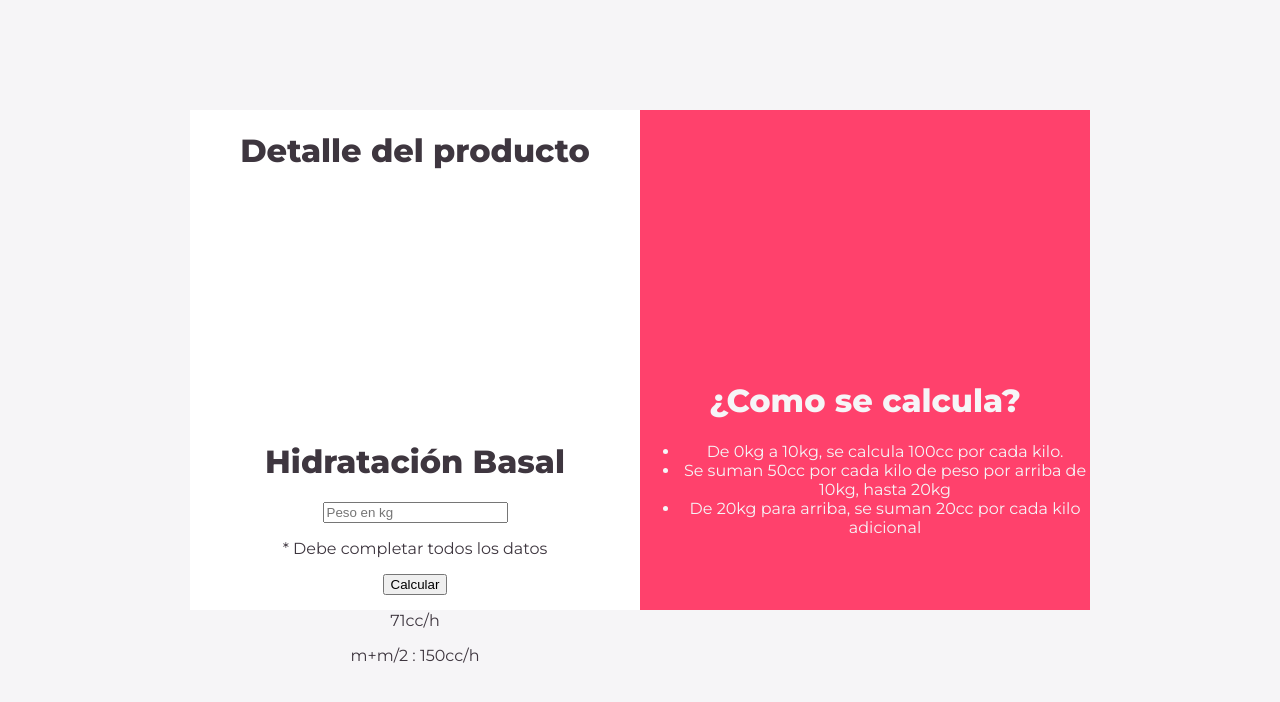
Repository: Fredy452/calculadora_basal
Page: index.html
The author's editor kept a copy of each file at every save. The page is drawn from the files as they stood at one save, then again after the next save.
The browser window is 1280 px wide. The pictures show the whole page.

Above is the page before, as saved 2023-04-21 07:41:50.

### index.html
<!DOCTYPE html>
<html lang="en">
<head>
    <meta charset="UTF-8">
    <meta http-equiv="X-UA-Compatible" content="IE=edge">
    <meta name="viewport" content="width=device-width, initial-scale=1.0">
    <title>Calculadora de hidratación</title>
    <link rel="stylesheet" href="style.css">
</head>
<body>
    <div id="contenedor">
        <div id="calculadora">
            <h1>Detalle del producto</h1>
            <div class="contenido">
                <h1>Hidratación Basal</h1>
                <input type="number" name="peso" id="peso" placeholder="Peso en kg">
                <p>* Debe completar todos los datos</p>
                <button>Calcular</button>
                <p>71cc/h</p>
                <p>m+m/2 : 150cc/h</p>
            </div>
        </div>
        <div id="detalle">
            <div class="contenido">
                <h1>¿Como se calcula?</h1>
                <ul>
                    <li>De 0kg a 10kg, se calcula 100cc por cada kilo.</li>
                    <li>Se suman 50cc por cada kilo de peso por arriba de 10kg, hasta 20kg</li>
                    <li>De 20kg para arriba, se suman 20cc por cada kilo adicional</li>
                </ul>
            </div>
        </div>
    </div>
</body>
</html>

### style.css
@import url('https://fonts.googleapis.com/css?family=Montserrat:400,800');

body{
    font-family: 'Montserrat', sans-serif;
    background: #f6f5f7;
    color: #3E363F;
}
#contenedor{
    width: 900px;
    height: 500px;
    position: absolute;
    text-align: center;
    inset: 0;
    margin: auto;
}
#calculadora{
    background: white;
    width: 50%;
    height: 100%;
    float: left;
}
#detalle{
    background: #FF416C;
    width: 50%;
    height: 100%;
    float: left;
    color: #f6f5f7;
}
.contenido{
    /* Centrando el contenido de los divs */
    position: relative;
    top: 50%;
}

After the next save:
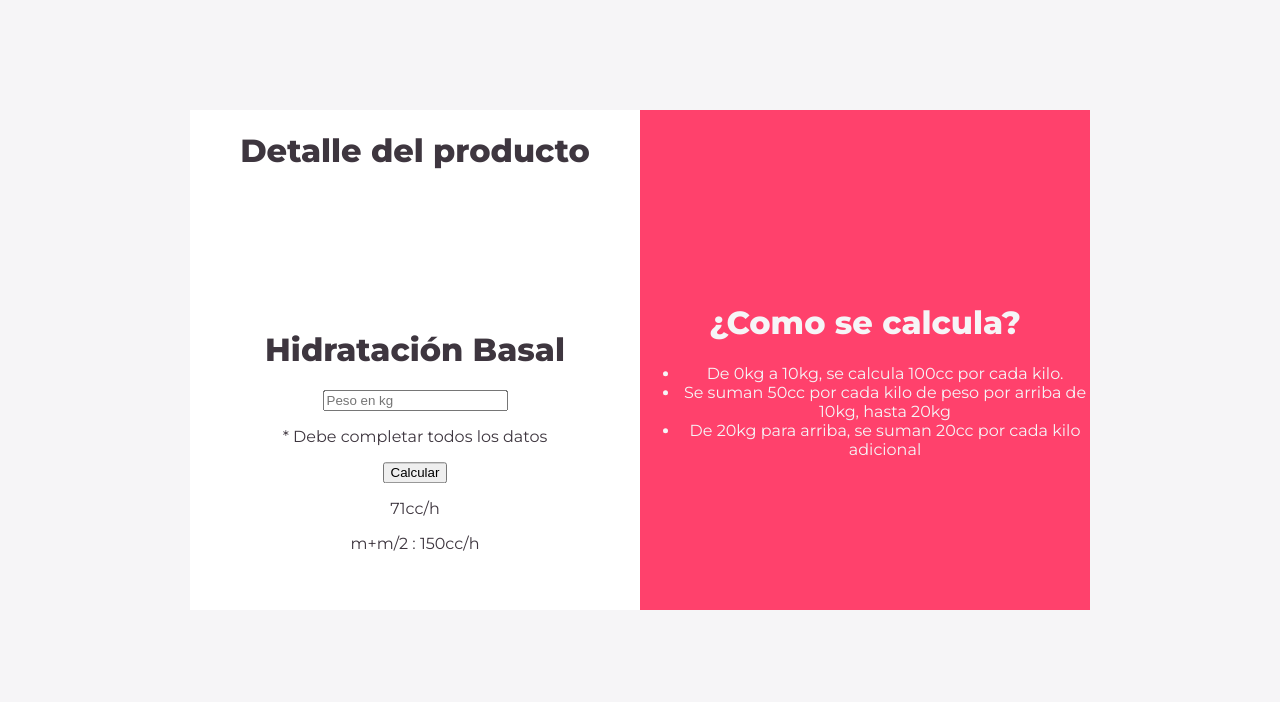
Saved 42 s later.
--- a/style.css
+++ b/style.css
@@ -30,4 +30,5 @@ body{
     /* Centrando el contenido de los divs */
     position: relative;
     top: 50%;
+    transform: translateY(-50%);
 }
